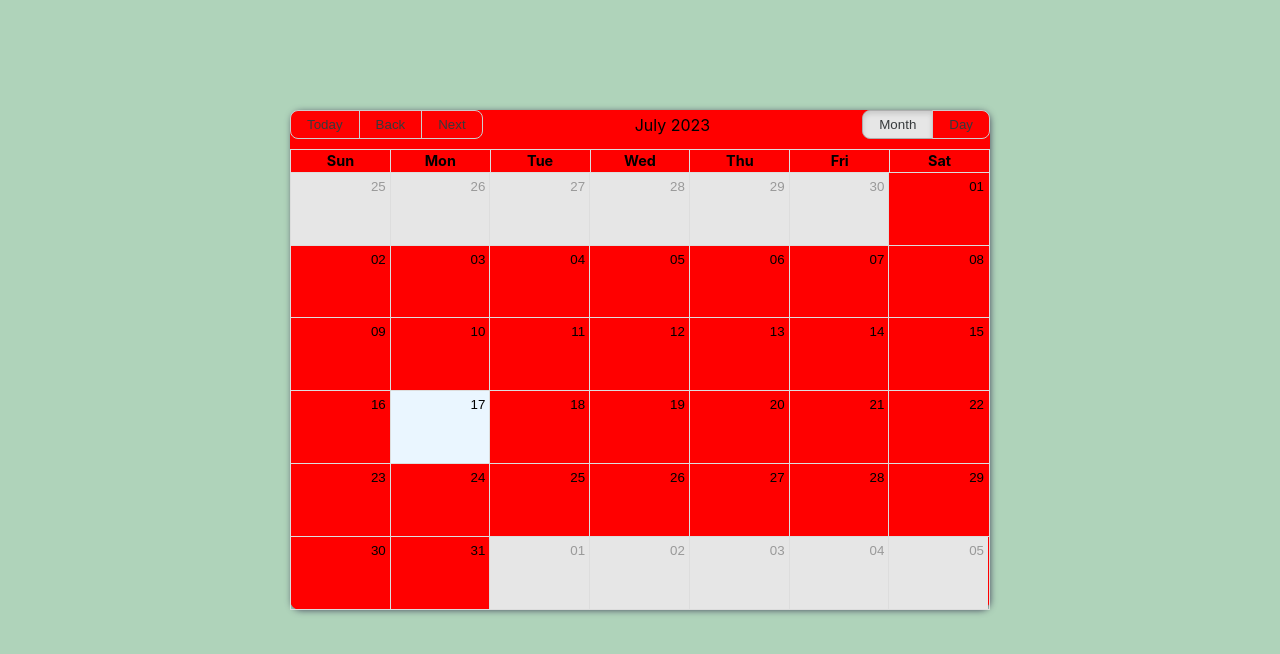
Repository: TetianaMishatkina/Calories-diary
Page: /
These files come from the project's save history. The page is drawn as it stood at one moment and after a run of saves; the edit follows.
The browser window is 1280 px wide. The pictures show the whole page.
The project was rebuilt for these pictures with package versions that can differ from the ones it lists, and the page was loaded fresh each time. Also part of the build but not shown: vite.config.js, src/components/informationForm/styled.js, src/components/informationForm/index.jsx.

Above is the page before, as saved 2023-07-18 17:02:18.

After the next 2 saves:
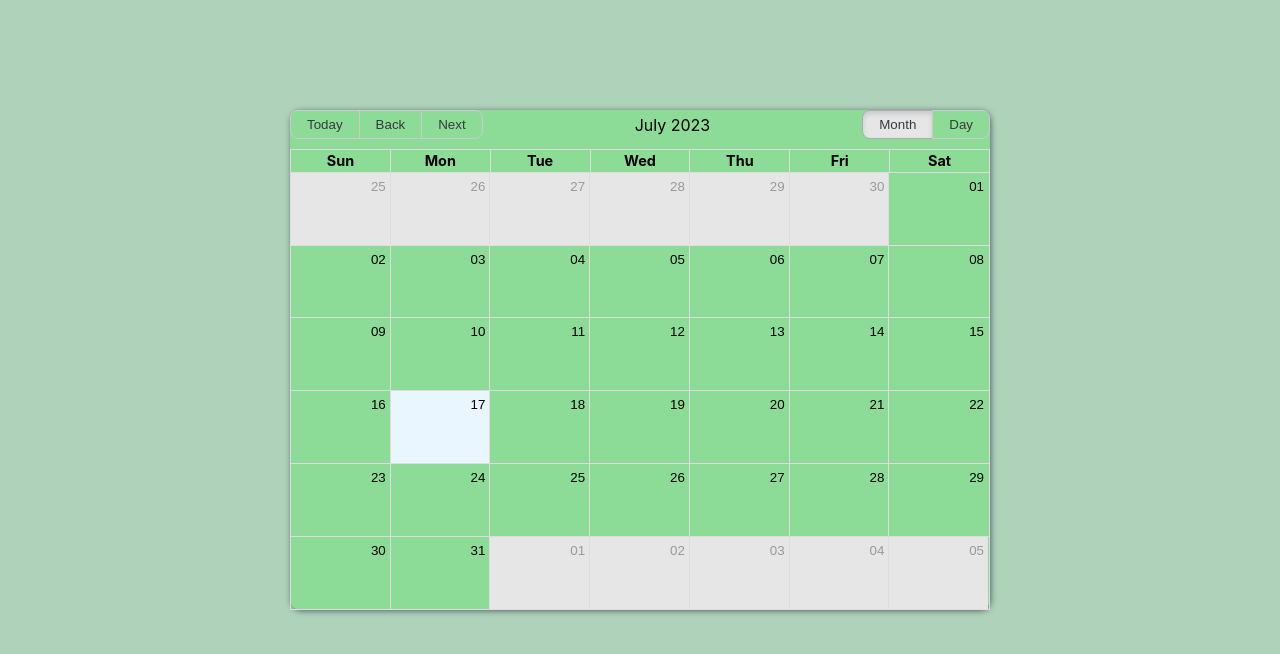
The 2 saves are shown as one change because they came seconds apart.
The last was saved 24 s later.
--- a/src/components/calendar/styled.js
+++ b/src/components/calendar/styled.js
@@ -6,7 +6,7 @@ export const StyledCalendar = styled(Calendar)`
 cursor: pointer;
 box-shadow: 1px 1px 7px -1px rgba(66, 68, 90, 1);
 border-radius: 10px;
-background: red;
+background: #8cdb97;
 & button{
     border-radius: 8px;
 }
